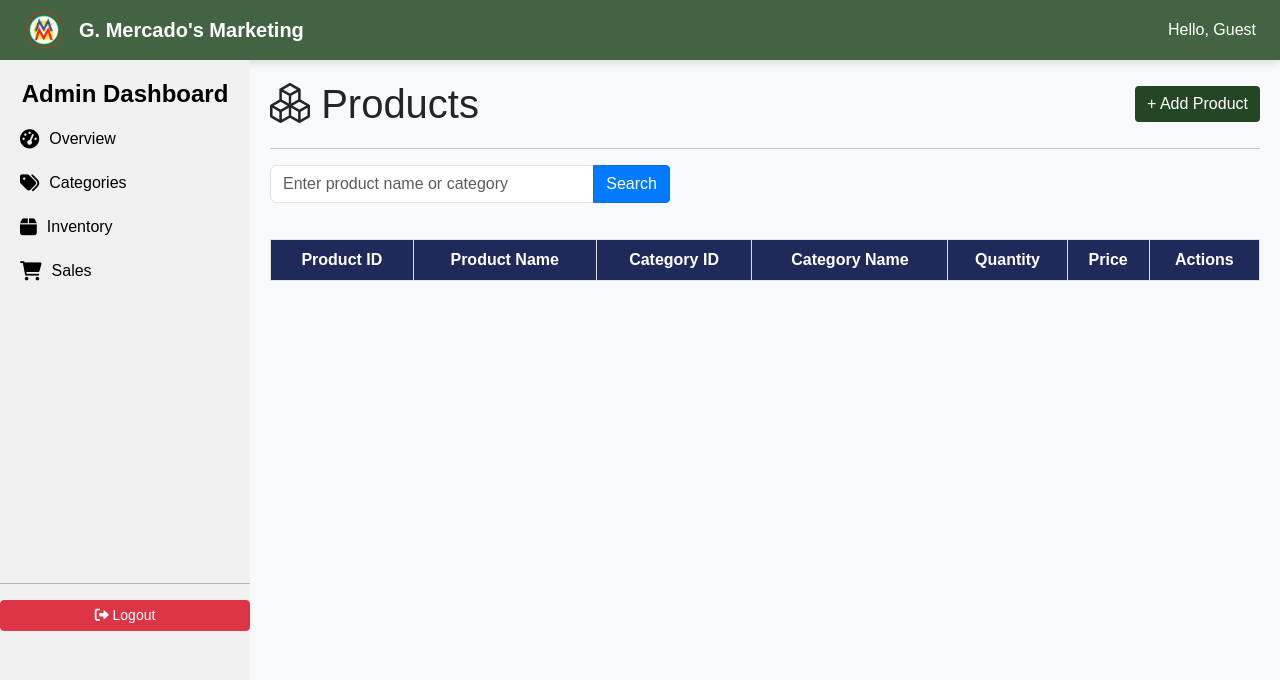
Repository: mandarein21/sales-inventory
Page: http://localhost/products
The author's editor kept a copy of each file at every save. The page is drawn from the files as they stood at one save, then again after the next save.
The browser window is 1280 px wide. The pictures show the whole page.
Some web libraries are served in a nearby version. The page is served by the project's Node server (app.js). Queries for data that is not in the repository find no rows.

Above is the page before, as saved 2024-10-31 09:09:39.

After the next save:
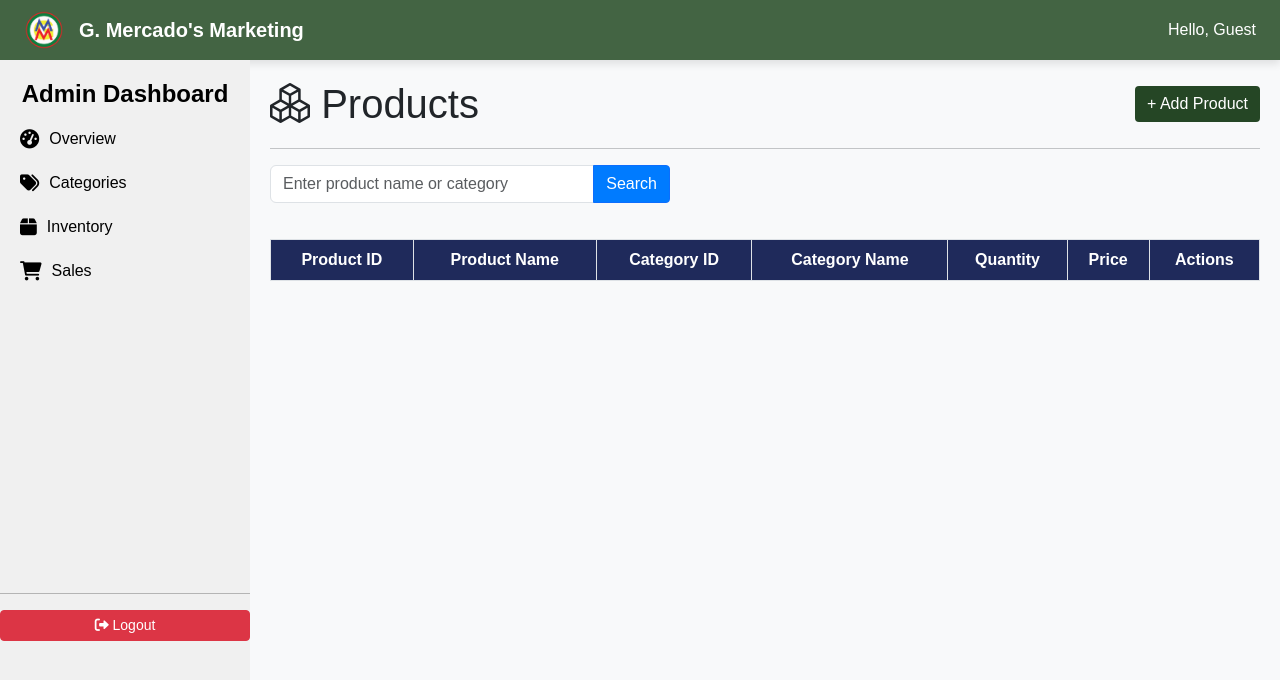
Saved 9 s later.
--- a/public/css/style.css
+++ b/public/css/style.css
@@ -324,7 +324,7 @@ body {
 }
 
 .logout {
-    margin-top: 290px;
+    margin-top: 300px;
 }
 
 
